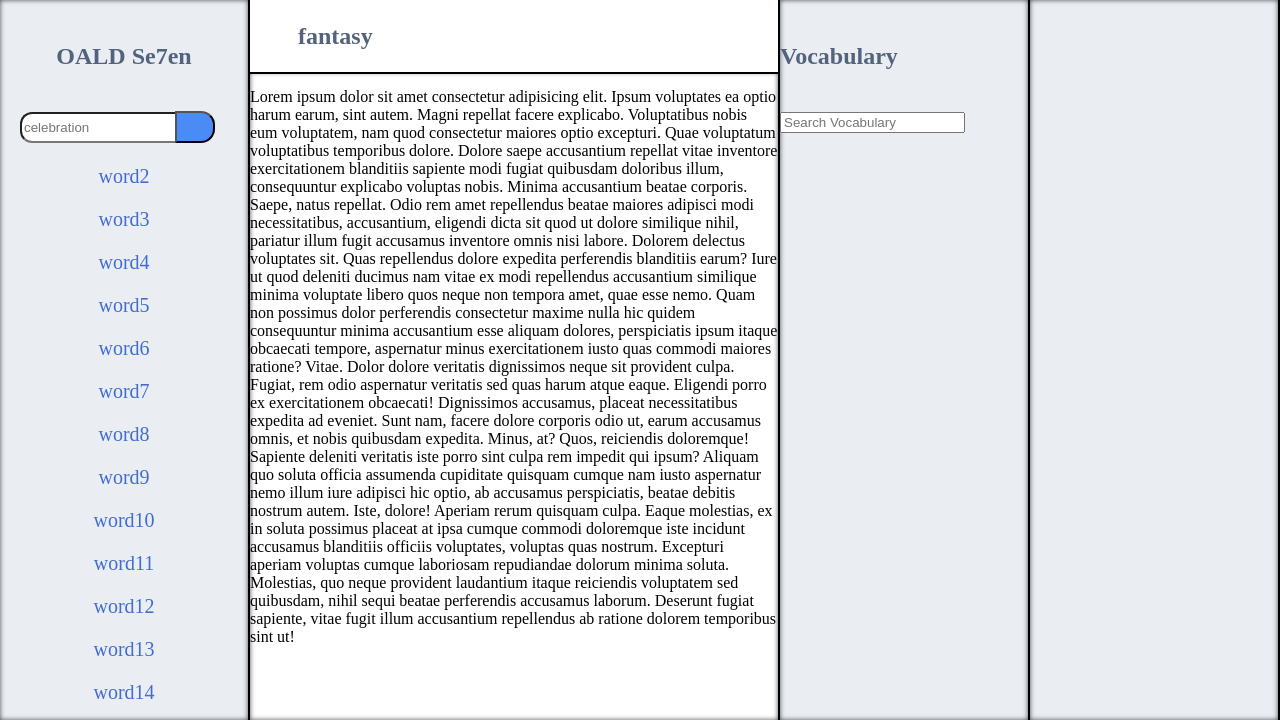
Repository: JJianZ/miao
Page: a.html
These files come from the project's save history. The page is drawn as it stood at one moment and after the next save; the edit follows.
The browser window is 1280 px wide. The pictures show the whole page.

Above is the page before, as saved 2021-11-23 10:50:45.

### a.html
<!DOCTYPE html>
<html lang="en">
<head>
  <meta charset="UTF-8">
  <meta http-equiv="X-UA-Compatible" content="IE=edge">
  <meta name="viewport" content="width=device-width, initial-scale=1.0">
  <title>Document</title>
  <style>
    html,body {
      margin: 0;
      padding: 0;
      height: 100%;
    }

    div {
      /* width: 100%; */
      height: 100%;
      position: relative;
      min-width: 300px;
      overflow: auto;
    }
    div > * {
      box-shadow:0px 0px 5px rgba(0,0,0,0.7) inset;
    }
    aside {
      position: absolute;
      width: 250px;
      height: 100%;
      background-color: #eaeef3;
      border-right: black 2px solid;
      box-sizing: border-box;
      overflow: auto;
    }
    h2 {
      position: relative;
      height: 72px;
      line-height: 72px;
      color: #53637d;
    }
    .first h2 {
      text-align: center;
    }
    .first input {
      position: absolute;
      height: 25px;
      width: 150px;
      left: 20px;
      border-radius: 12px 0  0  12px;
    }
    .first button {
      position: absolute;
      background-color: #4a8bf5;
      height: 32px;
      width: 40px;
      top: 111px;
      left: 175px;
      border-radius: 0 14px 14px 0;
    }
    .first ul {
      padding: 0;
      list-style: none;
      font-size: 20px;
      text-align: center;
    }
    .first ul a {
      color: #426dd0;
      text-decoration: none;
      display: inline-block;
      padding: 10px 0;
    }
    .first ul a:hover {
      width: 100%;
      color: black;
      background-color: #bbcee9;
    }
    header {
      position: absolute;
      left: 250px;
      height: 72px;
      right: 500px;
      line-height: 70px;
      border-bottom: black 2px solid;
      border-right: black 2px solid;
      box-shadow: none;
    }
    header h2 {
      left: 2em;
      top: -20px;
    }
    main {
      position: absolute;
      top: 72px;
      left: 250px;
      right: 500px;
      bottom: 0;
      border-right: black 2px solid;
      overflow: auto;
    }
    .second {
      right: 250px;
    }
    .third {
      right: 0px;
    }
  </style>
</head>
<body>
  <div>
    <aside class="first">
      <h2>OALD Se7en</h2>
      <input type="text" placeholder="celebration">
      <button></button>
      <ul>
        <li><a href="#">word1</a></li>
        <li><a href="#">word2</a></li>
        <li><a href="#">word3</a></li>
        <li><a href="#">word4</a></li>
        <li><a href="#">word5</a></li>
        <li><a href="#">word6</a></li>
        <li><a href="#">word7</a></li>
        <li><a href="#">word8</a></li>
        <li><a href="#">word9</a></li>
        <li><a href="#">word10</a></li>
        <li><a href="#">word11</a></li>
        <li><a href="#">word12</a></li>
        <li><a href="#">word13</a></li>
        <li><a href="#">word14</a></li>
        <li><a href="#">word15</a></li>
        <li><a href="#">word16</a></li>
        <li><a href="#">word17</a></li>
        <li><a href="#">word18</a></li>
        <li><a href="#">word19</a></li>
        <li><a href="#">word20</a></li>
        <li><a href="#">word21</a></li>
        <li><a href="#">word22</a></li>
        <li><a href="#">word23</a></li>
        <li><a href="#">word24</a></li>
        <li><a href="#">word25</a></li>
        <li><a href="#">word26</a></li>
        <li><a href="#">word27</a></li>
        <li><a href="#">word28</a></li>
        <li><a href="#">word29</a></li>
        <li><a href="#">word30</a></li>
      </ul>
    </aside>
    <header>
      <h2>fantasy</h2>
    </header>
    <main>
      <p>
        Lorem ipsum dolor sit amet consectetur adipisicing elit. Ipsum voluptates ea optio harum earum, sint autem. Magni repellat facere explicabo. Voluptatibus nobis eum voluptatem, nam quod consectetur maiores optio excepturi.
        Quae voluptatum voluptatibus temporibus dolore. Dolore saepe accusantium repellat vitae inventore exercitationem blanditiis sapiente modi fugiat quibusdam doloribus illum, consequuntur explicabo voluptas nobis. Minima accusantium beatae corporis. Saepe, natus repellat.
        Odio rem amet repellendus beatae maiores adipisci modi necessitatibus, accusantium, eligendi dicta sit quod ut dolore similique nihil, pariatur illum fugit accusamus inventore omnis nisi labore. Dolorem delectus voluptates sit.
        Quas repellendus dolore expedita perferendis blanditiis earum? Iure ut quod deleniti ducimus nam vitae ex modi repellendus accusantium similique minima voluptate libero quos neque non tempora amet, quae esse nemo.
        Quam non possimus dolor perferendis consectetur maxime nulla hic quidem consequuntur minima accusantium esse aliquam dolores, perspiciatis ipsum itaque obcaecati tempore, aspernatur minus exercitationem iusto quas commodi maiores ratione? Vitae.
        Dolor dolore veritatis dignissimos neque sit provident culpa. Fugiat, rem odio aspernatur veritatis sed quas harum atque eaque. Eligendi porro ex exercitationem obcaecati! Dignissimos accusamus, placeat necessitatibus expedita ad eveniet.
        Sunt nam, facere dolore corporis odio ut, earum accusamus omnis, et nobis quibusdam expedita. Minus, at? Quos, reiciendis doloremque! Sapiente deleniti veritatis iste porro sint culpa rem impedit qui ipsum?
        Aliquam quo soluta officia assumenda cupiditate quisquam cumque nam iusto aspernatur nemo illum iure adipisci hic optio, ab accusamus perspiciatis, beatae debitis nostrum autem. Iste, dolore! Aperiam rerum quisquam culpa.
        Eaque molestias, ex in soluta possimus placeat at ipsa cumque commodi doloremque iste incidunt accusamus blanditiis officiis voluptates, voluptas quas nostrum. Excepturi aperiam voluptas cumque laboriosam repudiandae dolorum minima soluta.
        Molestias, quo neque provident laudantium itaque reiciendis voluptatem sed quibusdam, nihil sequi beatae perferendis accusamus laborum. Deserunt fugiat sapiente, vitae fugit illum accusantium repellendus ab ratione dolorem temporibus sint ut!
      </p>
    </main>
    <aside class="second">
      <h2>Vocabulary</h2>
      <input type="text" placeholder="Search Vocabulary">
    </aside>
    <aside class="third">

    </aside>
  </div>
</body>
</html>

After the next save:
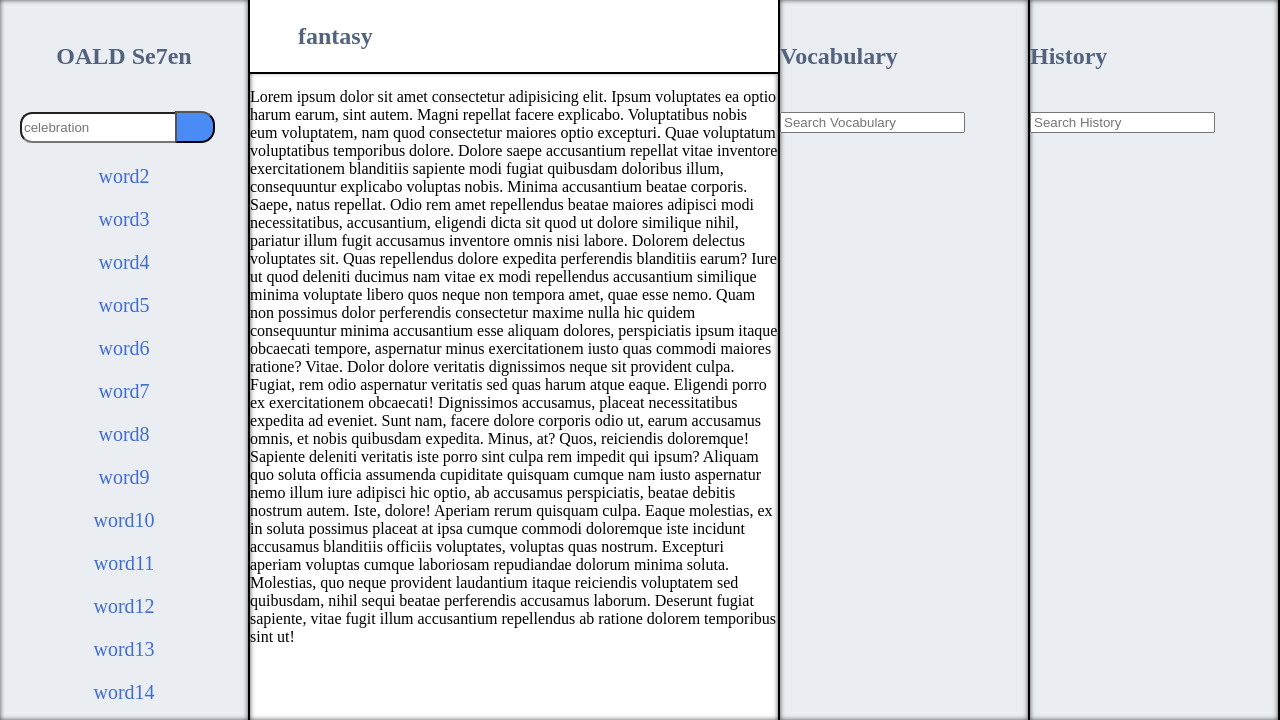
Saved 11 s later.
--- a/a.html
+++ b/a.html
@@ -165,7 +165,8 @@
       <input type="text" placeholder="Search Vocabulary">
     </aside>
     <aside class="third">
-
+      <h2>History</h2>
+      <input type="text" placeholder="Search History">
     </aside>
   </div>
 </body>
